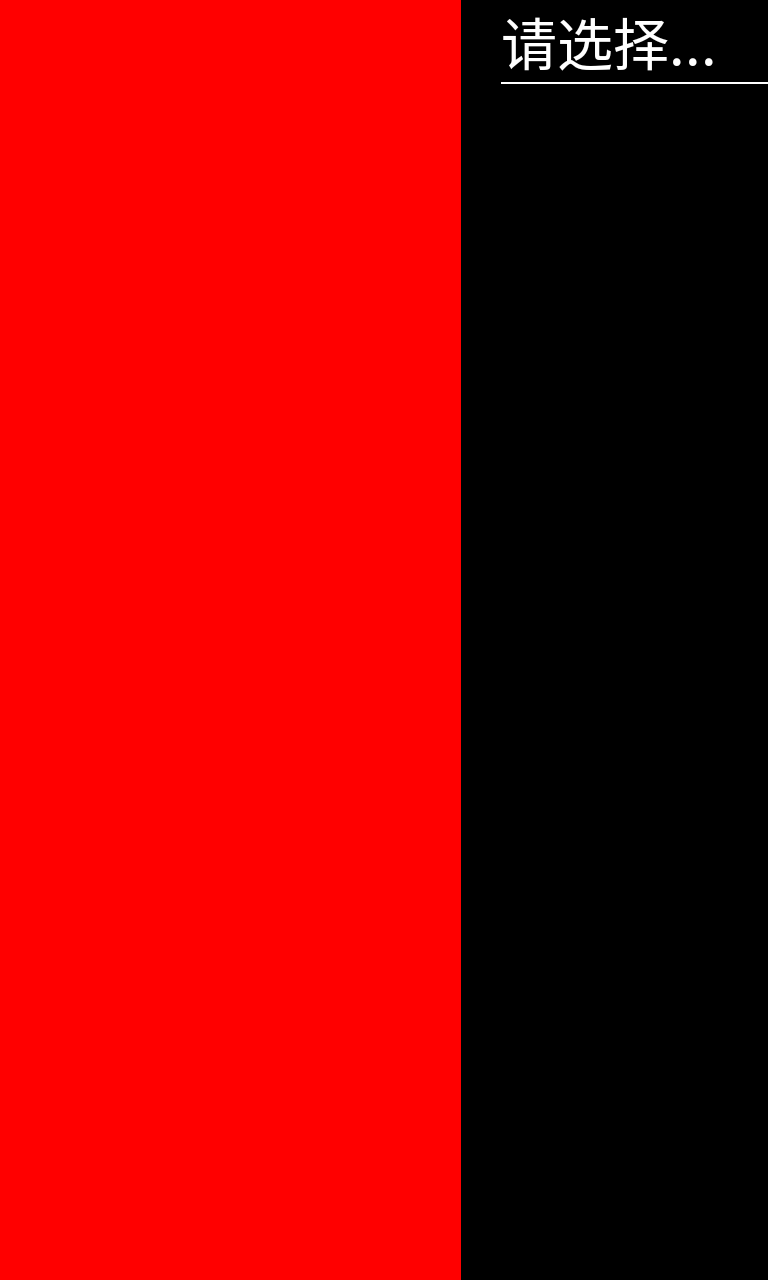
Repository: hhxiaojQCS/QCS_ListView
Layout: QCS/res/layout/activity_filter.xml
These files come from the project's save history. The layout is drawn as it stood at one moment and after the next save; the edit follows.
It is drawn on a 768 x 1280 px phone screen (xhdpi) without system bars, with theme AppTheme; the app's code is not run. Lists and similar views that code fills are empty.

Above is the layout before, as saved 2013-08-07 08:07:06.

### QCS/res/layout/activity_filter.xml
<?xml version="1.0" encoding="utf-8"?>
<LinearLayout xmlns:android="http://schemas.android.com/apk/res/android"
    android:id="@+id/lilay01"
    android:layout_width="fill_parent"
    android:layout_height="fill_parent"
    android:background="#000000"
    android:orientation="horizontal" >

    <LinearLayout
        android:id="@+id/lilay_filter_01"
        android:layout_width="match_parent"
        android:layout_height="match_parent"
        android:layout_weight="4"
        android:background="#FF0000"
        android:orientation="vertical" >
    </LinearLayout>

    <LinearLayout
        android:id="@+id/lilay_filter_02"
        android:layout_width="match_parent"
        android:layout_height="match_parent"
        android:layout_weight="6"
        android:orientation="vertical" >

        <LinearLayout
            android:layout_width="match_parent"
            android:layout_height="100dp"
            android:background="#000000"
            android:gravity="left"
            android:orientation="vertical"
            android:paddingLeft="20dip" >

            <TextView
                android:id="@+id/tv_01"
                android:layout_width="match_parent"
                android:layout_height="wrap_content"
                android:text="请选择..."
                android:textColor="#FFFFFF"
                android:textSize="28sp" />

            <View
                android:layout_width="fill_parent"
                android:layout_height="1dp"
                android:background="#FFFFFF" />
        </LinearLayout>

        <ListView
            android:id="@+id/lv01"
            android:layout_width="wrap_content"
            android:layout_height="wrap_content" />
    </LinearLayout>

</LinearLayout>

Loaded but not shown: QCS/res/values/styles.xml (common file); QCS/res/values-v11/styles.xml (common file); QCS/res/values-v14/styles.xml (common file)

After the next save:
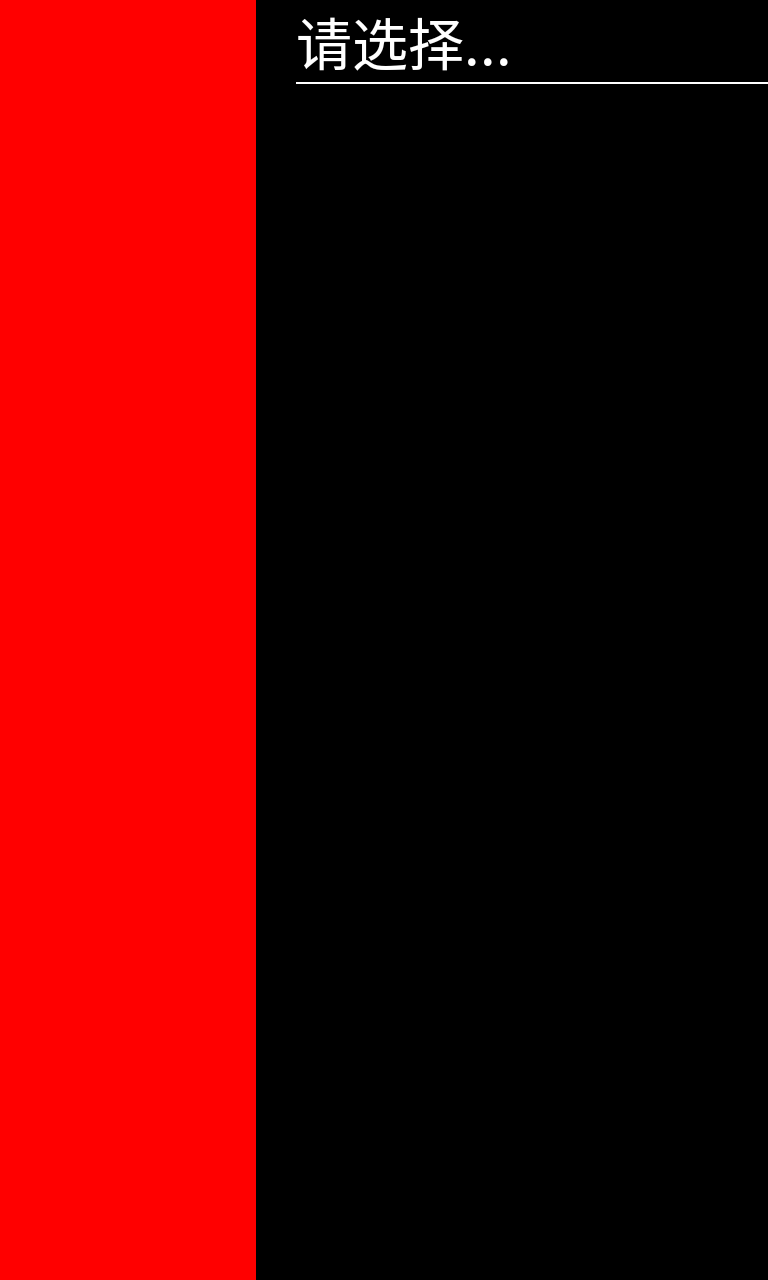
Saved 57 s later.
--- a/QCS/res/layout/activity_filter.xml
+++ b/QCS/res/layout/activity_filter.xml
@@ -19,7 +19,7 @@
         android:id="@+id/lilay_filter_02"
         android:layout_width="match_parent"
         android:layout_height="match_parent"
-        android:layout_weight="6"
+        android:layout_weight="2"
         android:orientation="vertical" >
 
         <LinearLayout
